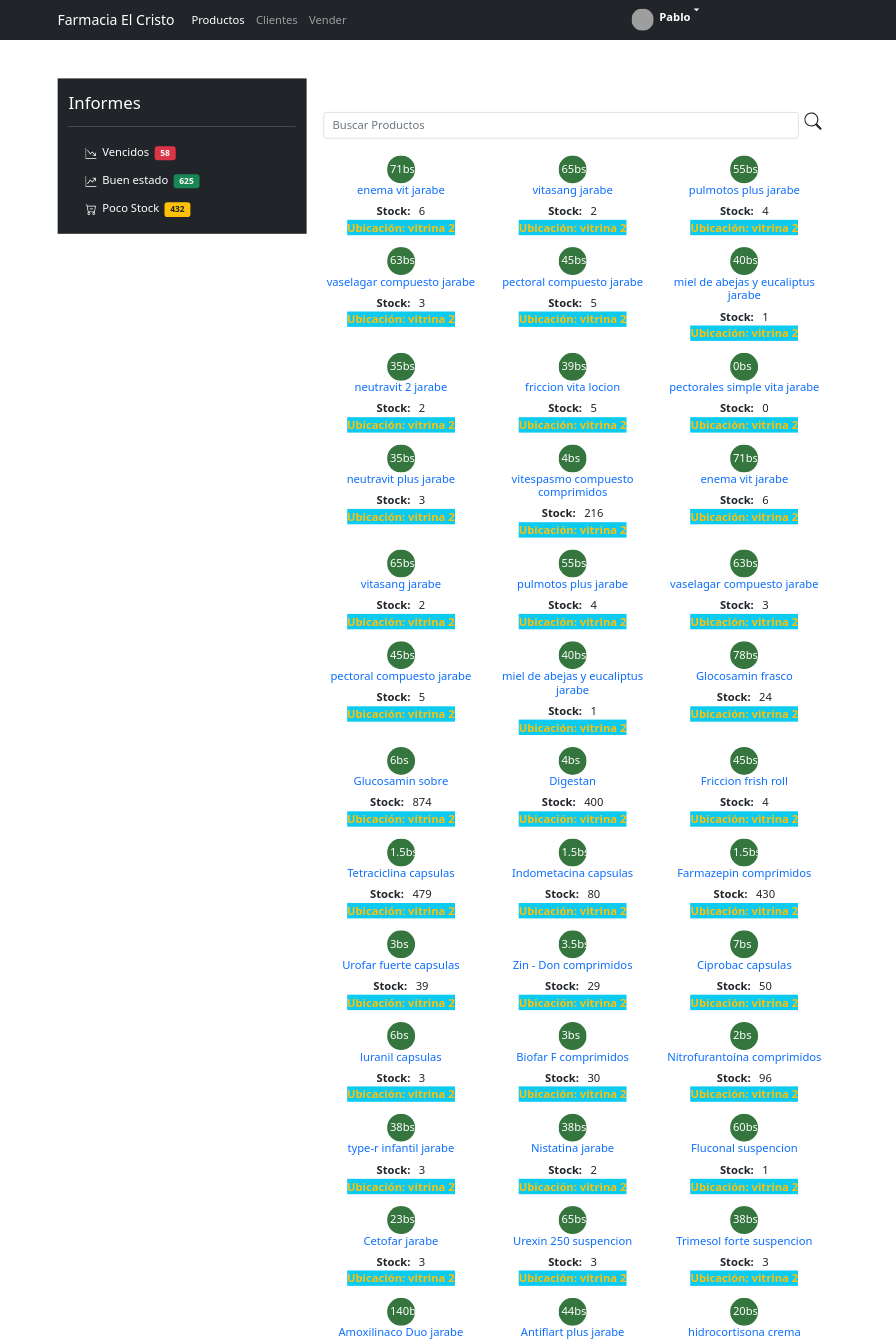
Repository: covales/farmacia
Page: /
An editor plug-in stored every save of this project. The page is shown before and after a run of saves, followed by the edit.
The browser window is 1280 px wide. The pictures show the part of the page from y = 0 to 1920 px (the page is 36407 px tall), at 70% of full size.
Pictures or frames that could not be fetched are drawn as grey boxes. The project was rebuilt for these pictures with package versions that can differ from the ones it lists, and the page was loaded fresh each time. Also part of the build but not shown: src/components/header/Header.jsx, src/components/product/ListProductVencidos.jsx, src/components/product/ListProductGood.jsx, src/components/product/ListProductLowStock.jsx, src/components/product/ProductSale.jsx, src/clientes/ListClient.jsx, src/components/product/Product.jsx.

Above is the page before, as saved 2022-01-23 13:39:24.

### public/index.html
<!DOCTYPE html>
<html lang="es">

<head>
  <meta charset="utf-8" />
  <link rel="icon" href="%PUBLIC_URL%/favicon.ico" />
  <meta name="viewport" content="width=device-width, initial-scale=1" />
  <meta name="theme-color" content="#000000" />
  <meta name="description" content="Web site created using create-react-app" />
  <link rel="apple-touch-icon" href="%PUBLIC_URL%/logo192.png" />

  <link rel="manifest" href="%PUBLIC_URL%/manifest.json" />

  <title>Farmacia</title>
  <link href="https://cdn.jsdelivr.net/npm/bootstrap@5.1.3/dist/css/bootstrap.min.css" rel="stylesheet"
    integrity="sha384-1BmE4kWBq78iYhFldvKuhfTAU6auU8tT94WrHftjDbrCEXSU1oBoqyl2QvZ6jIW3" crossorigin="anonymous">
  <script src="https://cdn.jsdelivr.net/npm/bootstrap@5.1.3/dist/js/bootstrap.bundle.min.js"
    integrity="sha384-ka7Sk0Gln4gmtz2MlQnikT1wXgYsOg+OMhuP+IlRH9sENBO0LRn5q+8nbTov4+1p"
    crossorigin="anonymous"></script>
</head>

<body>

  <div id="root"></div>

</body>

</html>

### src/index.js
import React from 'react';
import ReactDOM from 'react-dom';
import App from './App';


ReactDOM.render(

    <App/>,

  document.getElementById('root')
);

### src/App.js
import Home from './pages/Home';
import { BrowserRouter as Router, Routes, Route } from "react-router-dom";
import ListProductVencidos from './components/product/ListProductVencidos';
import ListProductGood from './components/product/ListProductGood';
import ListProductLowStock from './components/product/ListProductLowStock';
import ProductSale from './components/product/ProductSale';
import ListClient from './clientes/ListClient';
import Product from './components/product/Product';

function App() {
  return (
    <Router>

        <Routes>
          <Route exact path="/" element={<Home />}/>
          <Route exact path="vencidos" element={<ListProductVencidos/>}/>
          <Route exact path="good" element={<ListProductGood/>}/>
          <Route exact path="lowstock" element={<ListProductLowStock/>}/>
          <Route exact path="productsale" element={<ProductSale/>}/>
          <Route exact path="productos" element={<Product/>}/>
          <Route exact path="clientes" element={<ListClient/>}/>
        </Routes>

    </Router>

  );
}

export default App;

### src/pages/Home.jsx
import React from 'react'
import styled from 'styled-components'
import AsideReport from '../components/aside/AsideReport'
import Header from '../components/header/Header'
import Navbar from '../components/navbar/Navbar'
import ListProduct from '../components/product/ListProduct'

const Home = () => {
    return (
        <>
            <Navbar></Navbar>
            <main className='container pt-5'>
                <div className="row">
                    <div className="col-md-4"><AsideReport /></div>
                    <div className="col"><ListProduct /></div>
                </div>
            </main>

        </>

    )
}

export default Home

### src/components/aside/AsideReport.jsx
import React, { useState, useEffect } from 'react'
import data from '../../data/data'
import { Link } from "react-router-dom";

const initialExpiration = () => {
    const fActual = new Date();
    const limite = data.length;
    var number = 0;
    const BusquedaVencidos = [];

    for (let index = 0; index < limite; index++) {

        const productFV = new Date(data[index].fVencimiento?.toString());

        if (productFV <= fActual) {

            BusquedaVencidos.push(data[index]);
            number = BusquedaVencidos.length;

        }

    }

    return number
}

const initialGood = () => {
    const fActual = new Date();
    const limite = data.length;
    var number = 0;
    const BusquedaBuenos = [];

    for (let index = 0; index < limite; index++) {

        const productFV = new Date(data[index].fVencimiento?.toString());

        if (productFV > fActual) {

            BusquedaBuenos.push(data[index]);
            number = BusquedaBuenos.length;

        }

    }

    return number

}

const lowStock = () => {

    var number = 0;
    const limite = data.length;
    const lowstock = [];


    for (let index = 0; index < limite; index++) {

        const productCantidad = data[index].cantidad?.toString();
        const productItem = data[index].item?.toString();
        if (productCantidad<=10){
            lowstock.push(data[index])
           // console.log(lowstock, productItem,productCantidad);
           // console.log("total" + " "+ lowstock.length )
           number=lowstock.length;
        }




    }

    return number


}


const AsideReport = () => {

    const [count, setCount] = useState(initialExpiration);
    const [countxv, setCountXV] = useState(initialGood);
    const [countstock, setCountStock] = useState(lowStock);




    return (
        <div className='sticky-top pt-5'>
            <p></p>
            <div className="d-flex flex-column flex-shrink-0 p-3 text-white bg-dark">
                <p className="d-flex align-items-center mb-3 mb-md-0 me-md-auto text-white text-decoration-none">

                    <span className="fs-4">Informes</span>
                </p>
                <hr />
                <ul className="nav nav-pills flex-column ">
                    <li className="nav-item ">
                        <Link to="/vencidos" className="nav-link text-white " aria-current="page">
                            <svg xmlns="http://www.w3.org/2000/svg" width="16" height="16" fill="currentColor" className="bi bi-graph-down-arrow mx-2" viewBox="0 0 16 16">
                                <path d="M0 0h1v15h15v1H0V0Zm10 11.5a.5.5 0 0 0 .5.5h4a.5.5 0 0 0 .5-.5v-4a.5.5 0 0 0-1 0v2.6l-3.613-4.417a.5.5 0 0 0-.74-.037L7.06 8.233 3.404 3.206a.5.5 0 0 0-.808.588l4 5.5a.5.5 0 0 0 .758.06l2.609-2.61L13.445 11H10.5a.5.5 0 0 0-.5.5Z" />
                            </svg>
                            Vencidos<span className="badge bg-danger mx-2" >{count}</span>
                        </Link>
                    </li>
                    <li>
                        <Link to="/good" className="nav-link text-white">
                            <svg xmlns="http://www.w3.org/2000/svg" width="16" height="16" fill="currentColor" className="bi bi-graph-up-arrow mx-2" viewBox="0 0 16 16">
                                <path d="M0 0h1v15h15v1H0V0Zm10 3.5a.5.5 0 0 1 .5-.5h4a.5.5 0 0 1 .5.5v4a.5.5 0 0 1-1 0V4.9l-3.613 4.417a.5.5 0 0 1-.74.037L7.06 6.767l-3.656 5.027a.5.5 0 0 1-.808-.588l4-5.5a.5.5 0 0 1 .758-.06l2.609 2.61L13.445 4H10.5a.5.5 0 0 1-.5-.5Z" />
                            </svg>
                            Buen estado<span className="badge bg-success mx-2">{countxv}</span>
                        </Link>
                    </li>
                    <li>
                        <Link to="/lowstock" className="nav-link text-white ">
                            <svg xmlns="http://www.w3.org/2000/svg" width="16" height="16" fill="currentColor" className="bi bi-cart-dash mx-2" viewBox="0 0 16 16">
                                <path d="M6.5 7a.5.5 0 0 0 0 1h4a.5.5 0 0 0 0-1h-4z" />
                                <path d="M.5 1a.5.5 0 0 0 0 1h1.11l.401 1.607 1.498 7.985A.5.5 0 0 0 4 12h1a2 2 0 1 0 0 4 2 2 0 0 0 0-4h7a2 2 0 1 0 0 4 2 2 0 0 0 0-4h1a.5.5 0 0 0 .491-.408l1.5-8A.5.5 0 0 0 14.5 3H2.89l-.405-1.621A.5.5 0 0 0 2 1H.5zm3.915 10L3.102 4h10.796l-1.313 7h-8.17zM6 14a1 1 0 1 1-2 0 1 1 0 0 1 2 0zm7 0a1 1 0 1 1-2 0 1 1 0 0 1 2 0z" />
                            </svg>
                            Poco Stock<span className="badge bg-warning text-dark mx-2">{countstock}</span>
                        </Link>
                    </li>
                </ul>
            </div>

        </div>
    )
}

export default AsideReport

### src/components/navbar/Navbar.jsx
import React from 'react'
import Search from '../search/Search'
import { Link } from "react-router-dom";
import FormAddProduct from '../product/FormAddProduct';

const Navbar = (props) => {
    return (

        <div className='container'>
            <nav className="navbar navbar-expand-md navbar-dark  fixed-top bg-dark ">
                <div className="container ">
                    <Link className="navbar-brand" to="/">Farmacia El Cristo</Link>
                    <button className="navbar-toggler" type="button" data-bs-toggle="collapse" data-bs-target="#navbarCollapse" aria-controls="navbarCollapse" aria-expanded="false" aria-label="Toggle navigation">
                        <span className="navbar-toggler-icon"></span>
                    </button>
                    <div className="collapse navbar-collapse" id="navbarCollapse">
                        <ul className="navbar-nav me-auto mb-2 mb-md-0 ">
                            <li className="nav-item ">
                                <Link className="nav-link active" aria-current="page" to="/productos">Productos</Link>
                            </li>
                            <li className="nav-item">
                                <Link className="nav-link" to="/clientes">Clientes</Link>
                            </li>
                            <li className="nav-item">
                                <Link className="nav-link " to='/productsale'>Vender</Link>
                            </li>
                        </ul>
                        <div className="dropdown mx-auto">
                            <a href="#" className="d-flex text-white text-decoration-none dropdown-toggle" id="dropdownUser1" data-bs-toggle="dropdown" aria-expanded="false">
                                <img src="https://github.com/mdo.png" alt="" width="32" height="32" className="rounded-circle me-2" />
                                <strong>Pablo</strong>
                            </a>
                            <ul className="dropdown-menu dropdown-menu-dark text-small shadow" aria-labelledby="dropdownUser1">
                                <li><a className="dropdown-item" data-bs-toggle="modal" data-bs-target="#exampleModal">Registrar Producto</a></li>
                                <li><a className="dropdown-item" href="#">Registrar Vendedor</a></li>
                                <li><a className="dropdown-item" href="#">Registrar Cliente</a></li>
                                <li><hr className="dropdown-divider" /></li>
                                <li><a className="dropdown-item" href="#">Salir</a></li>
                            </ul>
                        </div>
                    </div>
                </div>
            </nav>
            <div className="modal fade" id="exampleModal"  aria-labelledby="exampleModalLabel" aria-hidden="true">
                <div className="modal-dialog modal-lg">
                    <div className="modal-content">
                        <div className="modal-header">
                            <h5 className="modal-title" id="exampleModalLabel">Registrar productos</h5>
                            <button type="button" className="btn-close" data-bs-dismiss="modal" aria-label="Close"></button>
                        </div>
                        <div className="modal-body">
                            <FormAddProduct></FormAddProduct>
                        </div>
                    </div>
                </div>
            </div>
        </div>

    )
}

export default Navbar

### src/components/product/ListProduct.jsx
import React, { useState, useEffect } from 'react'
import data from '../../data/data'
import Search from '../search/Search'





const ListProduct = () => {

    const [productos, setProductos] = useState([]);
    const [productsearch, setProductsearch] = useState([]);

    const getProductos = async () => {

        setProductos(data);
        setProductsearch(data);

    }

    const filtrar = (terminoBusqueda) => {

        const resultadoBusqueda = [];
        const limite = productsearch.length;

        for (let index = 0; index < limite; index++) {
            const nombreProducto = productsearch[index].medicamentoPresentacion?.toLowerCase();
            //console.log(nombreProducto);
            const patt = new RegExp(terminoBusqueda);
            const res = patt.test(nombreProducto);

            if (res) {
                resultadoBusqueda.push(productsearch[index])
            }
        }


        setProductos(resultadoBusqueda);

    }

    useEffect(() => {
        getProductos();
    }, [])


    return (

        <div className='row pt-5'>
            <div className='row sticky-top pt-5' >
                <div className='col-12'>
                    <p></p>
                <Search filtro={filtrar} />
                </div>

            </div>


            <div className="row pt-4">
                {productos && productos.map((producto) => {

                    return (
                        <div className="col-4 text-center" key={producto.item}>
                            <svg className="bd-placeholder-img rounded-circle" width="40" height="40" role="img" preserveAspectRatio="xMidYMid slice" focusable="false"><rect width="100%" height="100%" fill="#35753e" /><text x="10%" y="50%" fill="#fff" dy=".3em">{producto.pVenta}bs</text></svg>
                            <h6 className='text-primary '>{producto.medicamentoPresentacion}</h6>
                            <p ><b className='me-2'>Stock:</b> {producto.cantidad}<br />
                                <span className='text-warning bg-info'> <b> Ubicación: {producto.ubicacion}</b> </span>
                            </p>

                        </div>

                    );
                })}

            </div>

        </div>
    )
}

export default ListProduct

### src/components/search/Search.jsx
import React, { useState } from 'react'


const Search = (props) => {

    const [busqueda, setbusqueda] = useState("");

    const handleChange = (e) => {
        e.preventDefault();
        const cadena = e.target.value?.toLowerCase();
        setbusqueda(e.target.value);
        props.filtro(cadena);
        // console.log("busqueda: " + cadena);

    }

    return (

        <form className="d-flex">
            <input className="form-control me-2" type="search" placeholder="Buscar Productos" aria-label="Search" value={busqueda} onChange={handleChange} />
            <svg  width="26" height="26" fill="currentColor" className="bi bi-search" viewBox="0 0 16 16">
                <path d="M11.742 10.344a6.5 6.5 0 1 0-1.397 1.398h-.001c.03.04.062.078.098.115l3.85 3.85a1 1 0 0 0 1.415-1.414l-3.85-3.85a1.007 1.007 0 0 0-.115-.1zM12 6.5a5.5 5.5 0 1 1-11 0 5.5 5.5 0 0 1 11 0z" />
            </svg>
        </form>

    )
}

export default Search

### src/components/product/FormAddProduct.jsx
import React, { useState } from 'react'
import { addDoc, collection } from "firebase/firestore"
import db from "../../data/firebaseConfig"

const initialStateValues = {
    nombreProducto: '',
    presentacion: '',
    laboratorio: '',
    stock: '',
    fCompra: '',
    fVencimiento: '', //FECHA DE VENCIMIENTO
    pCompra: '',
    pVenta: '',  //PRECIO DE VENTA
    modoVenta: '',
    ubicacion: '',

}

const FormAddProduct = () => {

    const [producto, setProducto] = useState([initialStateValues]);

    const handleInputChange = e => {
        const { id, value } = e.target;
        setProducto({ ...producto, [id]: value });
        //console.log(addProducto);
    }

    const registrarProducto = async (objProducto) => {
        //console.log(objProducto);
        await addDoc(collection(db, "productos"), objProducto);
        console.log("registro exitoso");
    }

    const handleSubmit = e => {

        registrarProducto(producto);
        setProducto({ ...initialStateValues });
    }

    return (

        <div>
            <div className="mb-2 row">
                <label htmlFor="nombreProducto" className="col-sm-5 col-form-label col-form-label-sm">Nombre del producto</label>
                <div className="col-sm-5">
                    <input
                        type="text"
                        className="form-control form-control-sm"
                        id="nombreProducto"
                        onChange={handleInputChange}
                        value={producto.nombreProducto}
                    />
                </div>
            </div>
            <div className="mb-2 row">
                <label htmlFor="presentacion" className="col-sm-5 col-form-label col-form-label-sm">Presentacion</label>
                <div className="col-sm-5">
                    <input
                        type="text"
                        className="form-control form-control-sm"
                        id="presentacion"
                        onChange={handleInputChange}
                        value={producto.presentacion}
                    />
                </div>
            </div>
            <div className="mb-2 row">
                <label htmlFor="laboratorio" className="col-sm-5 col-form-label col-form-label-sm">Laboratorio</label>
                <div className="col-sm-5">
                    <input
                    type="text"
                    className="form-control form-control-sm"
                    id="laboratorio"
                    onChange={handleInputChange}
                    value={producto.laboratorio}
                    />
                </div>
            </div>
            <div className="mb-2 row">
                <label htmlFor="stock" className="col-sm-5 col-form-label col-form-label-sm">Stock</label>
                <div className="col-sm-5">
                    <input
                    type="number"
                    className="form-control form-control-sm"
                    id="stock"
                    onChange={handleInputChange}
                    value={producto.stock}
                    />
                </div>
            </div>
            <div className="mb-2 row">
                <label htmlFor="fCompra" className="col-sm-5 col-form-label col-form-label-sm">Fecha de compra</label>
                <div className="col-sm-5">
                    <input
                    type="date"
                    className="form-control form-control-sm"
                    id="fCompra"
                    onChange={handleInputChange}
                    value={producto.fCompra}
                    />
                </div>
            </div>
            <div className="mb-2 row">
                <label htmlFor="fVencimiento" className="col-sm-5 col-form-label col-form-label-sm">Fecha de vencimiento</label>
                <div className="col-sm-5">
                    <input
                    type="date"
                    className="form-control form-control-sm"
                    id="fVencimiento"
                    onChange={handleInputChange}
                    value={producto.fVencimiento}
                    />
                </div>
            </div>
            <div className="mb-2 row">
                <label htmlFor="pCompra" className="col-sm-5 col-form-label col-form-label-sm">Precio de compra</label>
                <div className="col-sm-5">
                    <input
                    type="number"
                    className="form-control form-control-sm"
                    id="pCompra"
                    onChange={handleInputChange}
                    value={producto.pCompra}
                    />
                </div>
            </div>
            <div className="mb-2 row">
                <label htmlFor="pVenta" className="col-sm-5 col-form-label col-form-label-sm">Precio de venta</label>
                <div className="col-sm-5">
                    <input
                    type="number"
                    className="form-control form-control-sm"
                    id="pVenta"
                    onChange={handleInputChange}
                    value={producto.pVenta}
                    />
                </div>
            </div>
            <div className="mb-2 row">
                <label htmlFor="modoVenta" className="col-sm-5 col-form-label col-form-label-sm">Modo de venta</label>
                <div className="col-sm-5">
                    <input
                    type="text"
                    className="form-control form-control-sm"
                    id="modoVenta"
                    onChange={handleInputChange}
                    value={producto.modoVenta}
                    />
                </div>
            </div>

            <div className="mb-2 row">
                <label htmlFor="ubicacion" className="col-sm-5 col-form-label col-form-label-sm">Ubicación</label>
                <div className="col-sm-5">
                    <input
                    type="text"
                    className="form-control form-control-sm"
                    id="ubicacion"
                    onChange={handleInputChange}
                    value={producto.ubicacion}
                    />
                </div>
            </div>
            <div className="modal-footer">
                <button type="button" className="btn btn-danger" data-bs-dismiss="modal">Cerrar</button>
                <button type="button" className="btn btn-success" onClick={handleSubmit}>Guardar</button>
            </div>
        </div>


    )
}

export default FormAddProduct

### src/data/firebaseConfig.js
import { initializeApp } from "firebase/app";
import{getFirestore} from "firebase/firestore";

const firebaseConfig = {
  apiKey: "AIzaSyA7HZ3krdNQi9LFzOJQ3K1FJDfejUxA9VE",
  authDomain: "farmaciaelcristo-3b008.firebaseapp.com",
  projectId: "farmaciaelcristo-3b008",
  storageBucket: "farmaciaelcristo-3b008.appspot.com",
  messagingSenderId: "828510295468",
  appId: "1:828510295468:web:bc866a5a4cdb1b1b821609"
};


const app = initializeApp(firebaseConfig);
const db = getFirestore(app);

export default db;

Loaded but not shown: src/data/data.js (library)

After the next 2 saves:
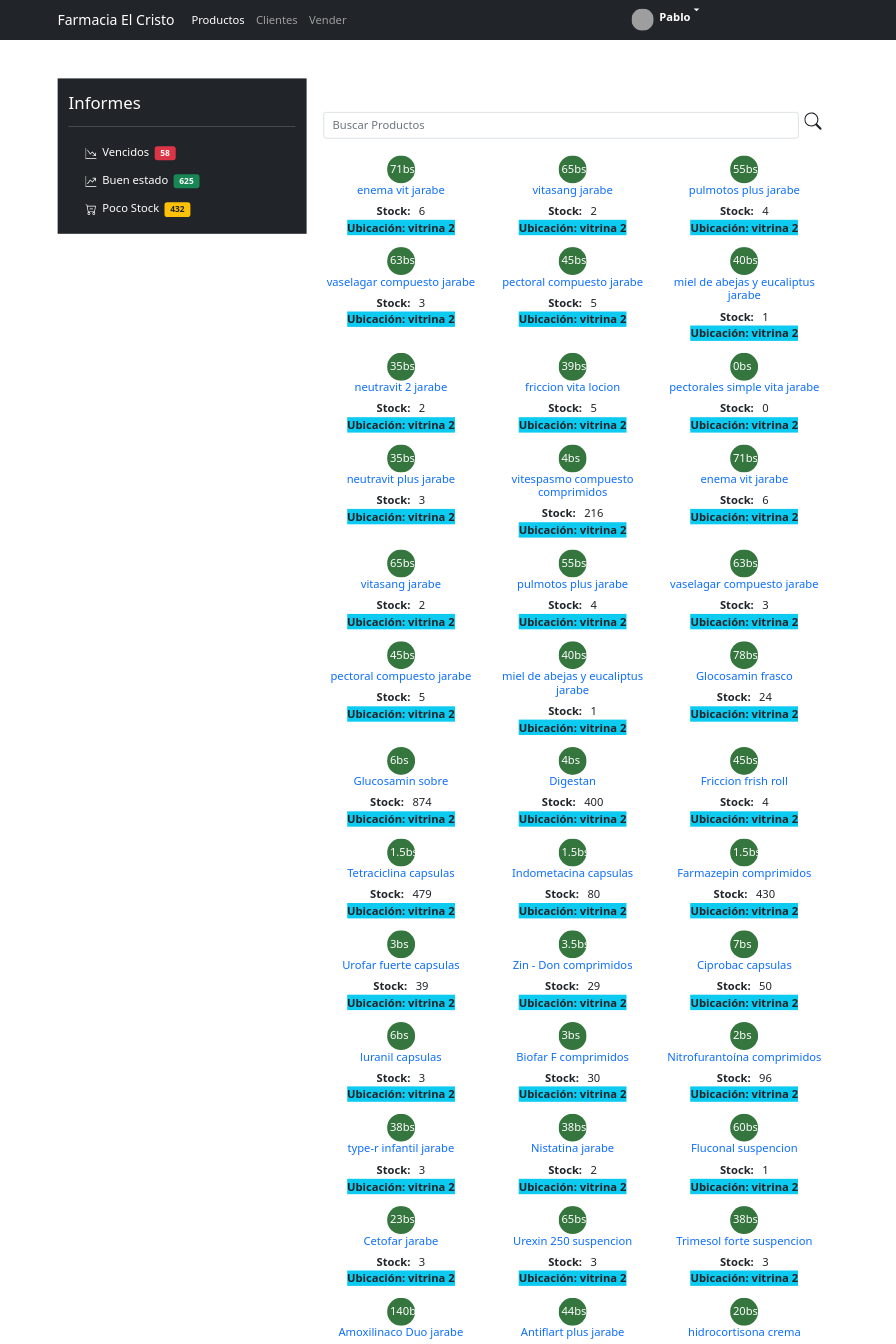
The 2 saves are shown as one change because they came seconds apart.
The last was saved 33 s later.
--- a/src/components/product/ListProduct.jsx
+++ b/src/components/product/ListProduct.jsx
@@ -64,7 +64,7 @@ const ListProduct = () => {
                             <svg className="bd-placeholder-img rounded-circle" width="40" height="40" role="img" preserveAspectRatio="xMidYMid slice" focusable="false"><rect width="100%" height="100%" fill="#35753e" /><text x="10%" y="50%" fill="#fff" dy=".3em">{producto.pVenta}bs</text></svg>
                             <h6 className='text-primary '>{producto.medicamentoPresentacion}</h6>
                             <p ><b className='me-2'>Stock:</b> {producto.cantidad}<br />
-                                <span className='text-warning bg-info'> <b> Ubicación: {producto.ubicacion}</b> </span>
+                                <span className='text-dark bg-info'> <b> Ubicación: {producto.ubicacion}</b> </span>
                             </p>
 
                         </div>
